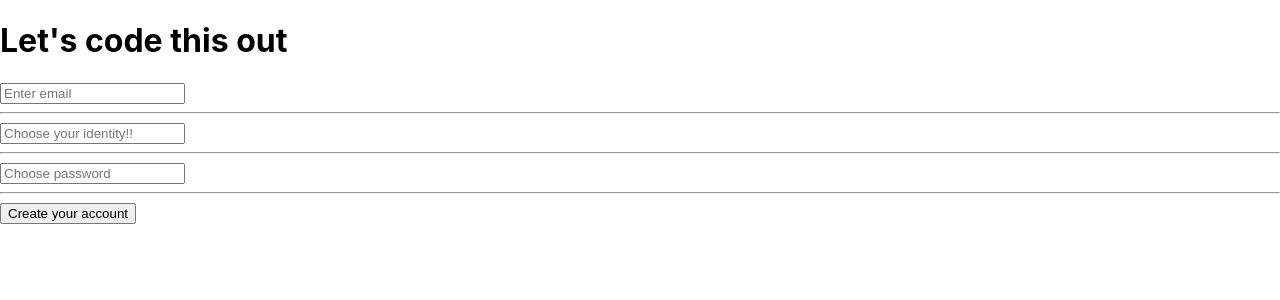
Repository: sammyodiagbe/firebatu
Page: /
An editor plug-in stored every save of this project. The page is shown before and after the next save, followed by the edit.
The browser window is 1280 px wide. The pictures show the whole page.
The project was rebuilt for these pictures with package versions that can differ from the ones it lists, and the page was loaded fresh each time. The framework's server and built-in components were replaced by stand-ins that run in the browser. Also part of the build but not shown: next.config.js, styles/Home.module.css.

Above is the page before, as saved 2022-04-18 01:50:25.

After the next save:
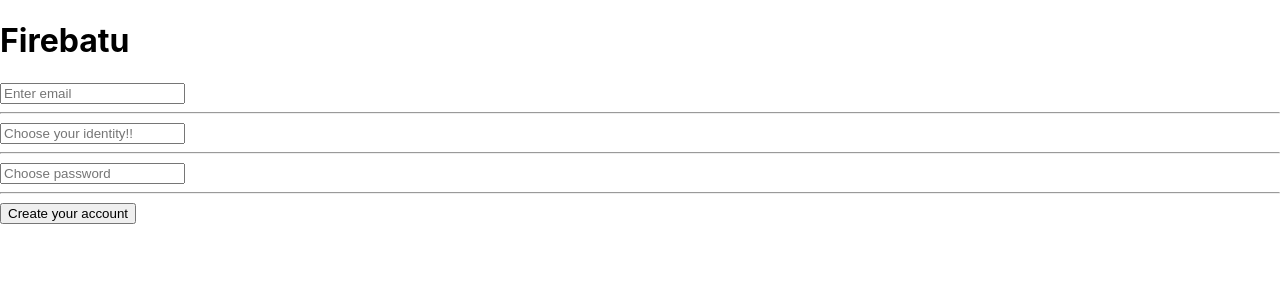
Saved 111 s later.
--- a/pages/index.js
+++ b/pages/index.js
@@ -34,7 +34,7 @@ export default function Home() {
       </Head>
 
       <main className={styles.main}>
-        <h1>Let's code this out</h1>
+        <h1>Firebatu</h1>
         <div className={styles.container}>
           <form onSubmit={createUserWithUsername}>
             <input
